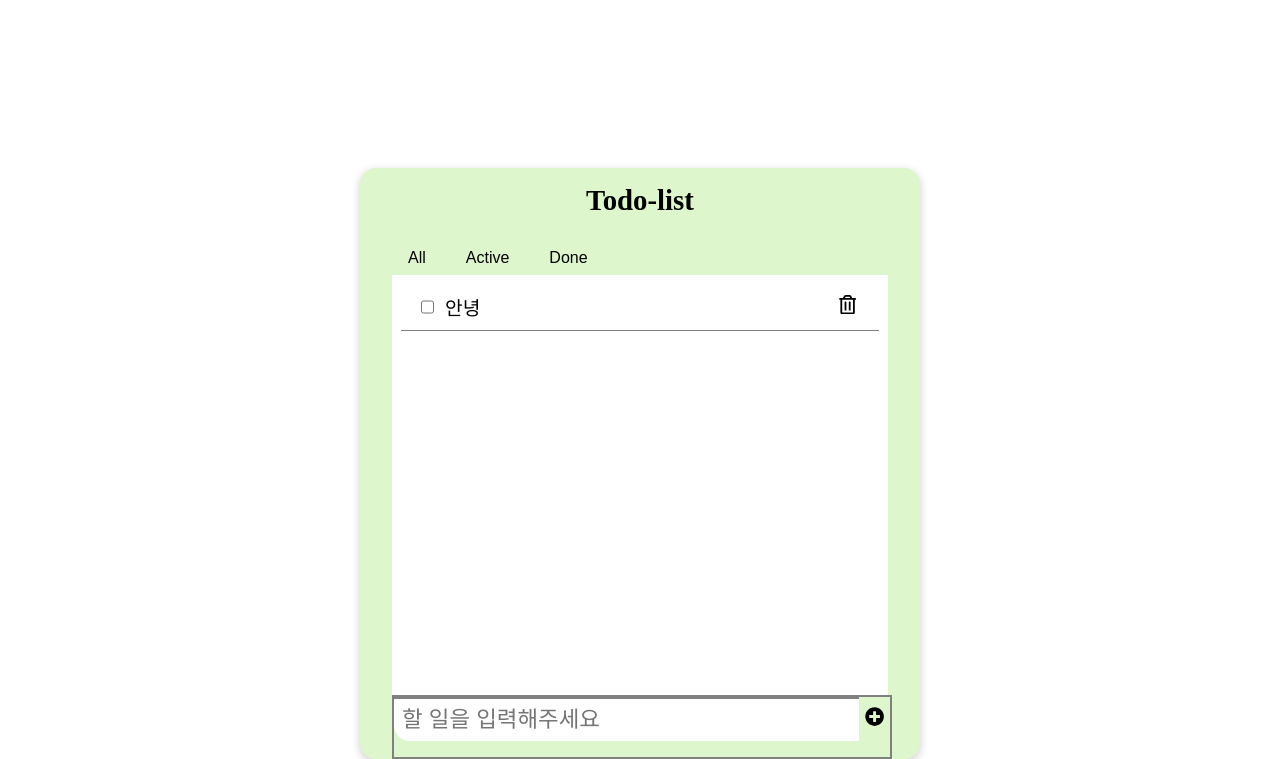
Repository: Yugayoung/todoList
Page: /
These files come from the project's save history. The page is drawn as it stood at one moment and after the next save; the edit follows.
The browser window is 1280 px wide. The pictures show the whole page.
Some web fonts or font styles are not loaded; a fallback is used. The project was rebuilt for these pictures with package versions that can differ from the ones it lists, and the page was loaded fresh each time. Also part of the build but not shown: src/App.css.

Above is the page before, as saved 2024-03-21 17:53:11.

After the next save:
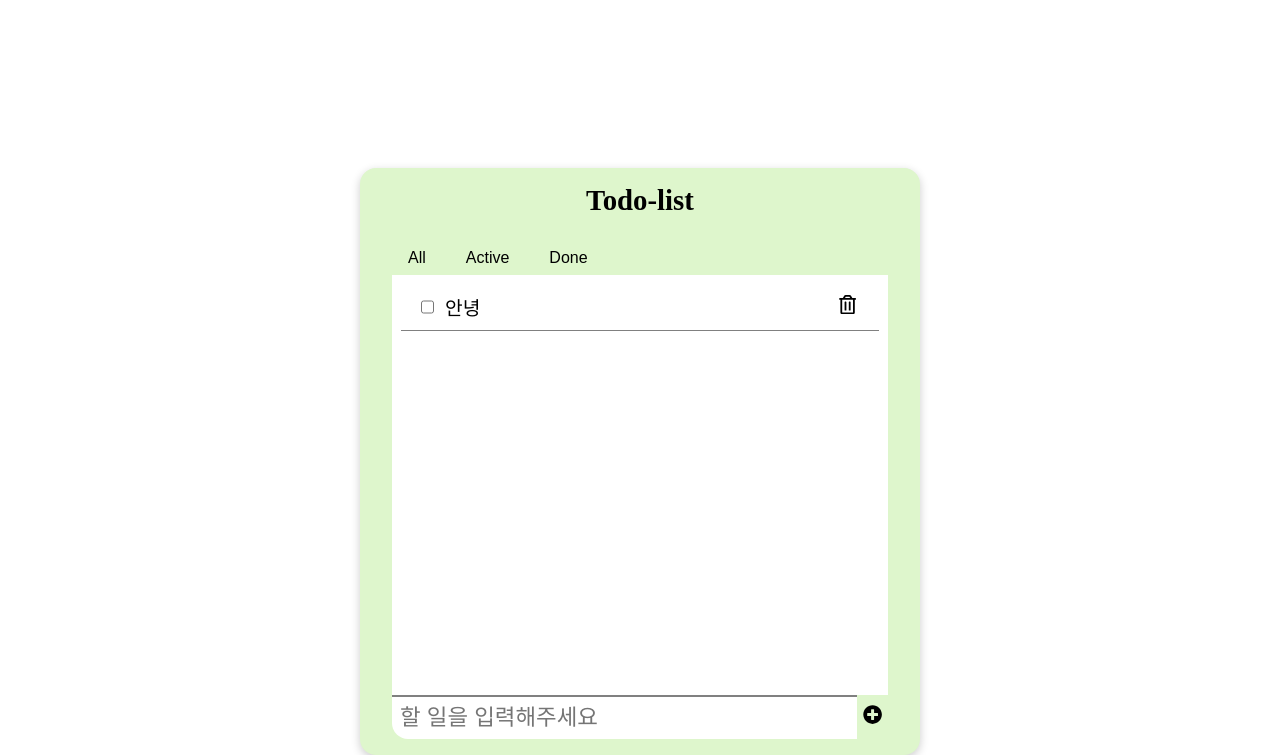
Saved 10 s later.
--- a/src/pages/todo.jsx
+++ b/src/pages/todo.jsx
@@ -63,7 +63,7 @@ const TodoUl = styled.ul`
 `;
 const InputForm = styled.form`
   background-color: transparent;
-  border: 2px solid gray;
+
   padding-bottom: 1rem;
   width: 100%;
   display: flex;
